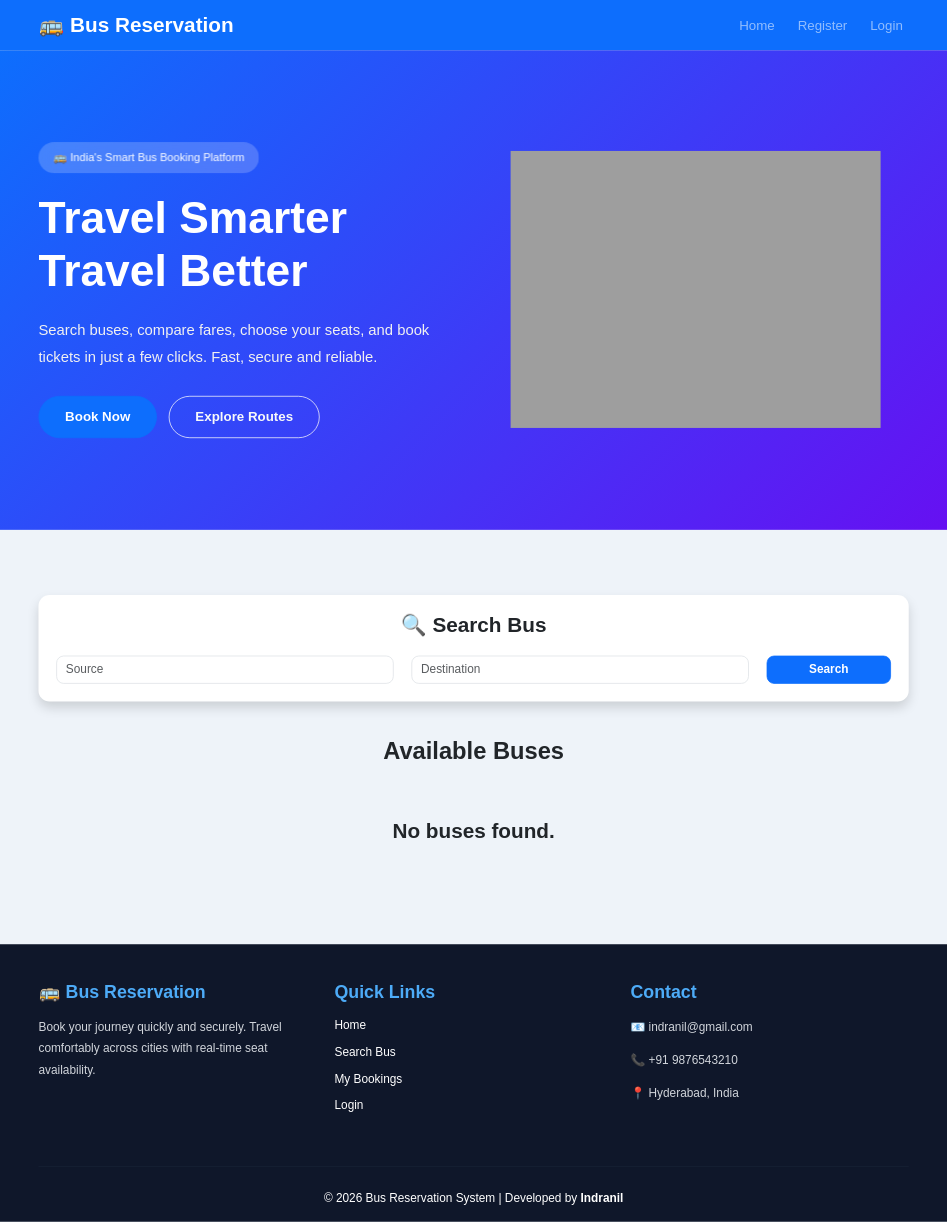
Repository: Eswarabhinay06/Bus-Reservation-System
Page: / (app in AIML-09-Bus-Reservation-System-main/bus-reservation-frontend/)
The author's editor kept a copy of each file at every save. The page is drawn from the files as they stood at one save, then again after the next save.
The browser window is 1280 px wide. The pictures show the whole page, at 74% of full size.
Pictures or frames that could not be fetched are drawn as grey boxes. The page's requests for data from a server got no answer. The project was rebuilt for these pictures with package versions that can differ from the ones it lists, and the page was loaded fresh each time. No one was signed in, and anything a server would have sent is missing. Also part of the build but not shown: AIML-09-Bus-Reservation-System-main/bus-reservation-frontend/vite.config.js, AIML-09-Bus-Reservation-System-main/bus-reservation-frontend/src/styles/SearchBar.css, AIML-09-Bus-Reservation-System-main/bus-reservation-frontend/src/styles/BusCard.css, AIML-09-Bus-Reservation-System-main/bus-reservation-frontend/src/components/BusCard.jsx, AIML-09-Bus-Reservation-System-main/bus-reservation-frontend/src/styles/SeatSelection.css, AIML-09-Bus-Reservation-System-main/bus-reservation-frontend/src/components/SeatSelection.jsx, AIML-09-Bus-Reservation-System-main/bus-reservation-frontend/src/styles/Register.css, AIML-09-Bus-Reservation-System-main/bus-reservation-frontend/src/pages/Register.jsx and 3 more.

Above is the page before, as saved 2026-07-14 10:38:21.

After the next save:
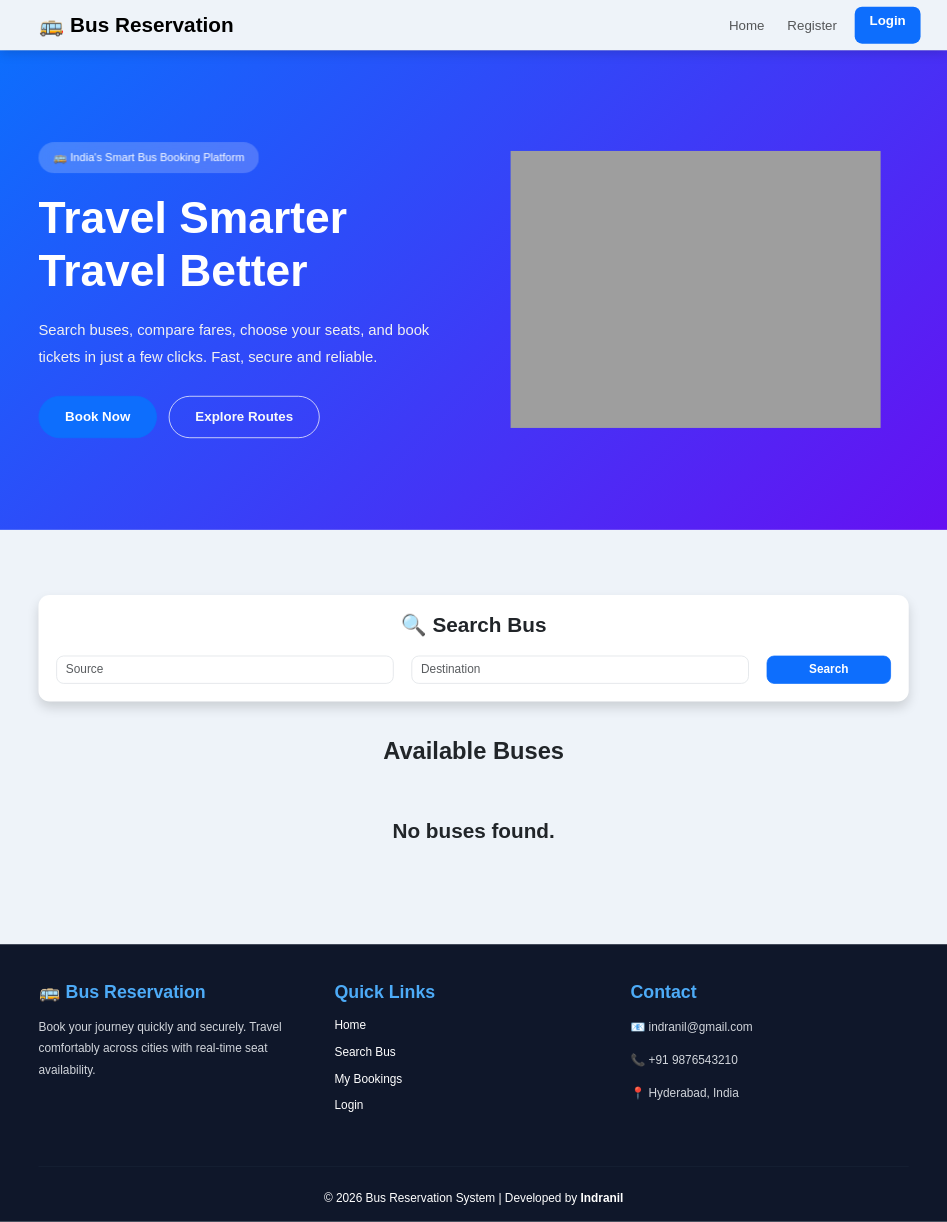
Saved 29 s later.
--- a/AIML-09-Bus-Reservation-System-main/bus-reservation-frontend/src/components/Navbar.jsx
+++ b/AIML-09-Bus-Reservation-System-main/bus-reservation-frontend/src/components/Navbar.jsx
@@ -1,33 +1,40 @@
 import { Link, useNavigate } from "react-router-dom";
 import "../styles/Navbar.css";
+
 function Navbar() {
   const navigate = useNavigate();
   const user = JSON.parse(localStorage.getItem("user"));
 
   const logout = () => {
     localStorage.removeItem("user");
-    alert("Logged out Successfully");
+    alert("Logged out Successfully!");
     navigate("/login");
   };
 
   return (
-    <nav className="navbar navbar-expand-lg navbar-dark bg-primary shadow">
+    <nav className="navbar navbar-expand-lg custom-navbar sticky-top">
+
       <div className="container">
 
-        <Link className="navbar-brand fw-bold fs-3" to="/">
-          🚌 Bus Reservation
+        {/* Logo */}
+        <Link className="navbar-brand" to="/">
+          🚌 <span>Bus Reservation</span>
         </Link>
 
+        {/* Mobile Toggle */}
         <button
           className="navbar-toggler"
+          type="button"
           data-bs-toggle="collapse"
-          data-bs-target="#navbar"
+          data-bs-target="#navbarNav"
         >
           <span className="navbar-toggler-icon"></span>
         </button>
 
-        <div className="collapse navbar-collapse" id="navbar">
-          <ul className="navbar-nav ms-auto">
+        {/* Menu */}
+        <div className="collapse navbar-collapse" id="navbarNav">
+
+          <ul className="navbar-nav ms-auto align-items-lg-center">
 
             <li className="nav-item">
               <Link className="nav-link" to="/">
@@ -44,7 +51,7 @@ function Navbar() {
                 </li>
 
                 <li className="nav-item">
-                  <Link className="nav-link" to="/login">
+                  <Link className="btn btn-light login-btn ms-lg-3" to="/login">
                     Login
                   </Link>
                 </li>
@@ -64,14 +71,14 @@ function Navbar() {
                 </li>
 
                 <li className="nav-item">
-                  <span className="nav-link text-warning fw-bold">
-                    Welcome {user.name}
+                  <span className="welcome-text">
+                    👋 {user.name}
                   </span>
                 </li>
 
                 <li className="nav-item">
                   <button
-                    className="btn btn-danger ms-2"
+                    className="btn btn-danger logout-btn ms-lg-3"
                     onClick={logout}
                   >
                     Logout
@@ -81,9 +88,11 @@ function Navbar() {
             )}
 
           </ul>
+
         </div>
 
       </div>
+
     </nav>
   );
 }
